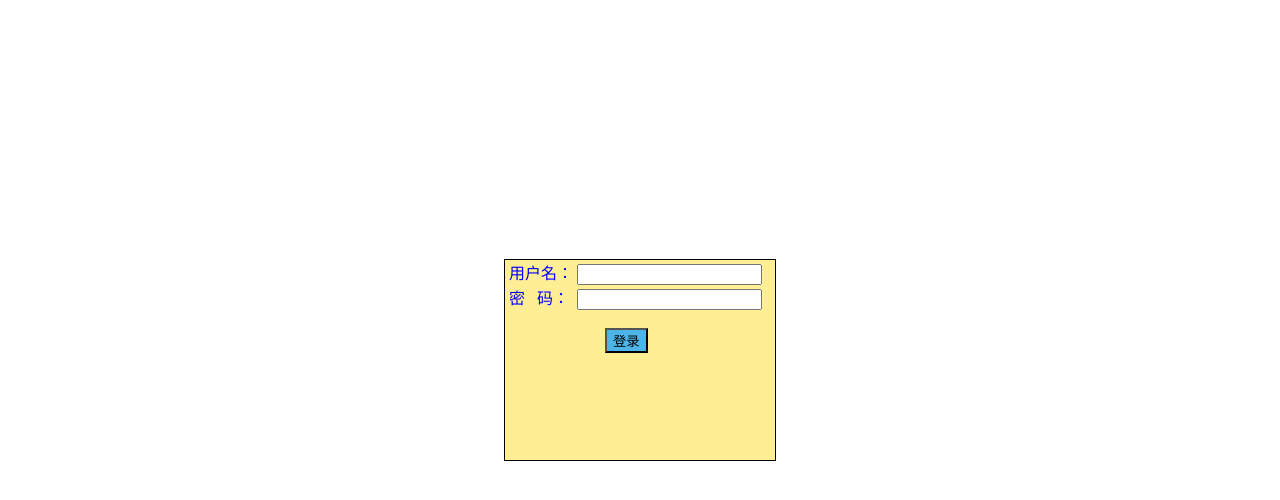
Repository: guirui-li/StudyJavaWeb
Page: http://localhost/JavawebTest/LoginServlet
An editor plug-in stored every save of this project. The page is shown before and after the next save, followed by the edit.
The browser window is 1280 px wide. The pictures show the whole page.
The page is served by Tomcat 9. Other server files are loaded and not shown.

Above is the page before, as saved 2019-05-03 07:30:40.

### JavawebTest/WebContent/experiment07/login.jsp
<%@ page language="java" contentType="text/html; charset=UTF-8"
    pageEncoding="UTF-8"%>
<!DOCTYPE html>
<html>
<head>
<meta http-equiv="Content-Type" content="text/html; charset=UTF-8">
<title>登录页面</title>
	<style type="text/css">
		body{
			margin: 0;
			padding: 0;
		}
		label{
			display:inline-block;
			width: 68px;
			color:blue;
		}
		#form1{
			border: 1px solid black;
			width:270px;
			height:200px;
			background-color: #ffee93;
			position:absolute;
			top:50%;
			left:50%;
			transform:translate(-50%,-50%);
		}
		#submit{
			margin-left: 100px;
			background-color: #4cb4e7;
		}
		#div1{
			color:red;
		}
	</style>
</head>
<body>
	<form action="/JavawebTest/LoginServlet" id="form1" name="form1" method="post">
		<label>&nbsp;用户名：</label>
			<input type="text" name="name" value="${requestScope.name }"/><br>
			<div id="div1">
				${requestScope.page1 }
			</div>

		<label>&nbsp;密&nbsp;&nbsp;&nbsp;码：</label>
			<input type="text" name="psw" value="${requestScope.psw }" id="psw"/><br>
			<div id="div1">
				${requestScope.page2 }
			</div><br>
		<input type="submit" name="Submit" value="登录" id="submit"/>
	</form>
</body>
</html>

### JavawebTest/src/com/guirui/demo03/LoginServlet.java
package com.guirui.demo03;

import java.io.IOException;
import javax.servlet.ServletException;
import javax.servlet.annotation.WebServlet;
import javax.servlet.http.HttpServlet;
import javax.servlet.http.HttpServletRequest;
import javax.servlet.http.HttpServletResponse;

/**
 * Servlet implementation class LoginServlet
 */
@WebServlet("/LoginServlet")
public class LoginServlet extends HttpServlet {
	private static final long serialVersionUID = 1L;

    /**
     * @see HttpServlet#HttpServlet()
     */
    public LoginServlet() {
        super();
        // TODO Auto-generated constructor stub
    }

	/**
	 * @see HttpServlet#doGet(HttpServletRequest request, HttpServletResponse response)
	 */
	protected void doGet(HttpServletRequest request, HttpServletResponse response) throws ServletException, IOException {
		response.setContentType("text/html;charset=UTF-8");
		String pageURL="/experiment07/login.jsp";
		String name=null;
		Customer customer=new Customer();
		try {
			//寧땍狼邱뚤닒啞응포돤돕돨鑒앴쏵契긍쯤딧憐
			name=new String(request.getParameter("name").getBytes("ISO-8859-1"),"UTF-8");
			String password=new String(request.getParameter("psw").getBytes("ISO-8859-1"),"UTF-8");
			if(name==null||password==null) {
				return;
			}
			if(name.equals("")||password.equals("")) {
				return;
			}
			if(!customer.findName(name)) {
				request.setAttribute("page1", "헝渴흙攣횅돨痰빵츰");
			}else {
				if(customer.findPsw(name).equals(password)) {
					pageURL="/experiment07/loginSuccess.jsp";
					customer=customer.findCustomer(name);
					request.setAttribute("sex", customer.getSex());
					request.setAttribute("age",customer.getAge());
				}else {
					request.setAttribute("page2", "헝渴흙攣횅돨쵱쯤");
				}
			}
		} catch (Exception e) {}
		finally {
			request.setAttribute("name", name);
			request.getRequestDispatcher(pageURL).forward(request, response);
		}


	}

	/**
	 * @see HttpServlet#doPost(HttpServletRequest request, HttpServletResponse response)
	 */
	protected void doPost(HttpServletRequest request, HttpServletResponse response) throws ServletException, IOException {
		// TODO Auto-generated method stub
		doGet(request, response);
	}

}

### JavawebTest/src/com/guirui/demo03/Customer.java
package com.guirui.demo03;

import java.sql.Connection;
import java.sql.DriverManager;
import java.sql.PreparedStatement;
import java.sql.ResultSet;
import java.sql.SQLException;

public class Customer {
	private static final String forname="com.mysql.cj.jdbc.Driver";
	private static final String url="jdbc:mysql://localhost:3306/customer?serverTimezone=UTC";
	private static final String username="root";
	private static final String password="654321";
	private String id;
	private String name;
	private String psw;
	private String sex;
	private int age;

	public Customer() {}

	public Connection getConnection(){
		Connection con = null;
		try {
			Class.forName(forname);
			con=DriverManager.getConnection(url,username,password);
		} catch (ClassNotFoundException e) {
			e.printStackTrace();
		}catch(SQLException e) {
			e.printStackTrace();
		}
		return con;
	}
	public String findPsw(String name){
		String sql="select upassword from user where uname=?";
		String pword=null;
		Connection conn=this.getConnection();
		PreparedStatement ps=null;
		ResultSet rs=null;
		try {
			ps=conn.prepareStatement(sql);
			ps.setString(1, name);
			rs=ps.executeQuery();
			if(rs.next()) {
				pword=rs.getString("upassword");
			}
			rs.close();
			ps.close();
			conn.close();
		} catch (SQLException e) {
			e.printStackTrace();
		}
		return pword;
	}

	public boolean findName(String name){
		String sql="select uname from user where uname=?";
		boolean flag=false;
		Connection conn=this.getConnection();
		PreparedStatement ps=null;
		ResultSet rs=null;
		try {
			ps=conn.prepareStatement(sql);
			ps.setString(1, name);
			rs=ps.executeQuery();
			if(rs.next()) {
				flag=true;
			}
			rs.close();
			ps.close();
			conn.close();
		} catch (SQLException e) {
			e.printStackTrace();
		}
		return flag;
	}
	public Customer findCustomer(String name) {
		String sql="select usex,uage from user where uname=?";
		Connection conn=this.getConnection();
		PreparedStatement ps=null;
		ResultSet rs=null;
		try {
			ps=conn.prepareStatement(sql);
			ps.setString(1, name);
			rs=ps.executeQuery();
			if(rs.next()) {
				this.sex=rs.getString("usex");
				this.age=rs.getInt("uage");
			}
			rs.close();
			ps.close();
			conn.close();
		} catch (SQLException e) {
			e.printStackTrace();
		}
		return this;
	}


	public String getId() {
		return id;
	}
	public void setId(String id) {
		this.id = id;
	}
	public String getName() {
		return name;
	}
	public void setName(String name) {
		this.name = name;
	}
	public String getPsw() {
		return psw;
	}
	public void setPsw(String psw) {
		this.psw = psw;
	}
	public String getSex() {
		return sex;
	}
	public void setSex(String sex) {
		this.sex = sex;
	}
	public int getAge() {
		return age;
	}
	public void setAge(int age) {
		this.age = age;
	}

}

After the next save:
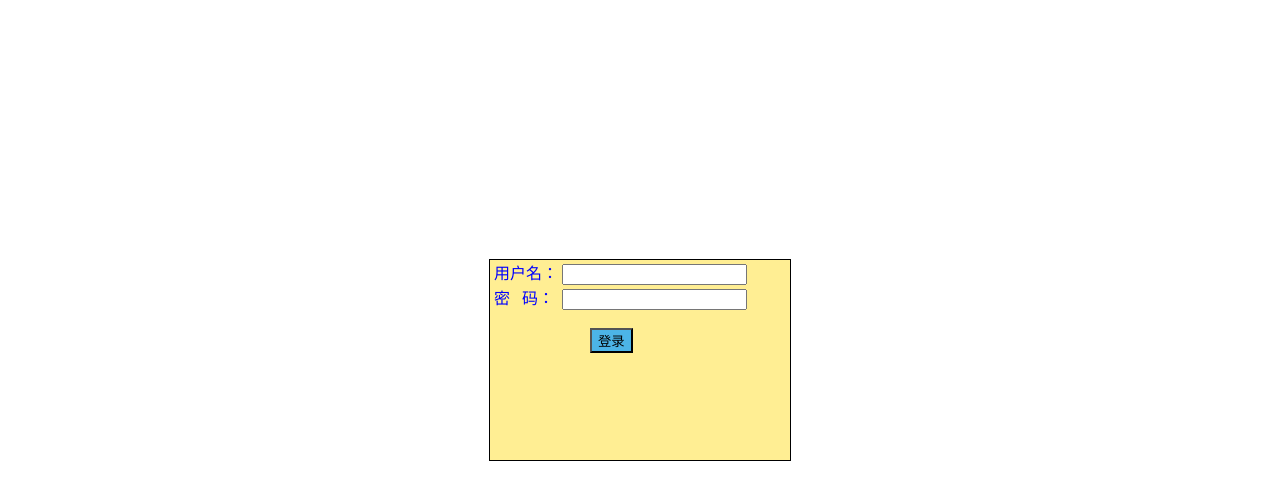
Saved 2 min 14 s later.
--- a/JavawebTest/WebContent/experiment07/login.jsp
+++ b/JavawebTest/WebContent/experiment07/login.jsp
@@ -17,7 +17,7 @@
 		}
 		#form1{
 			border: 1px solid black;
-			width:270px;
+			width:300px;
 			height:200px;
 			background-color: #ffee93;
 			position:absolute;
